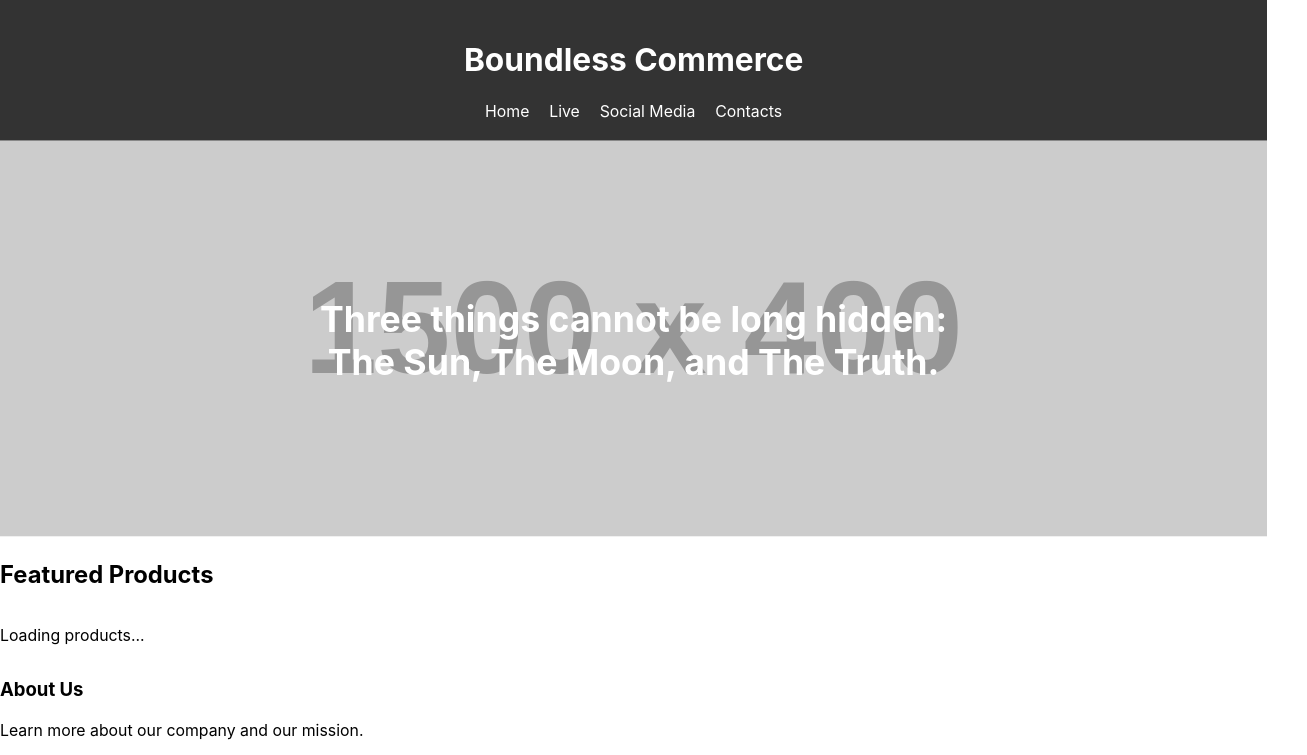
Repository: Nn-Exe/chunar-ecommerce
Page: / (app in ecommerce-frontend/)
The author's editor kept a copy of each file at every save. The page is drawn from the files as they stood at one save, then again after the next save.
The browser window is 1280 px wide. The page is 1280 px wide, then 1320 px, so the pictures cover 1320 px, including what lies to the right of the window. The pictures show the whole page, at 99% of full size.
The page's requests for data from a server got no answer. The project was rebuilt for these pictures with package versions that can differ from the ones it lists, and the page was loaded fresh each time. No one was signed in, and anything a server would have sent is missing.

Above is the page before, as saved 2024-09-11 11:49:55.

After the next save:
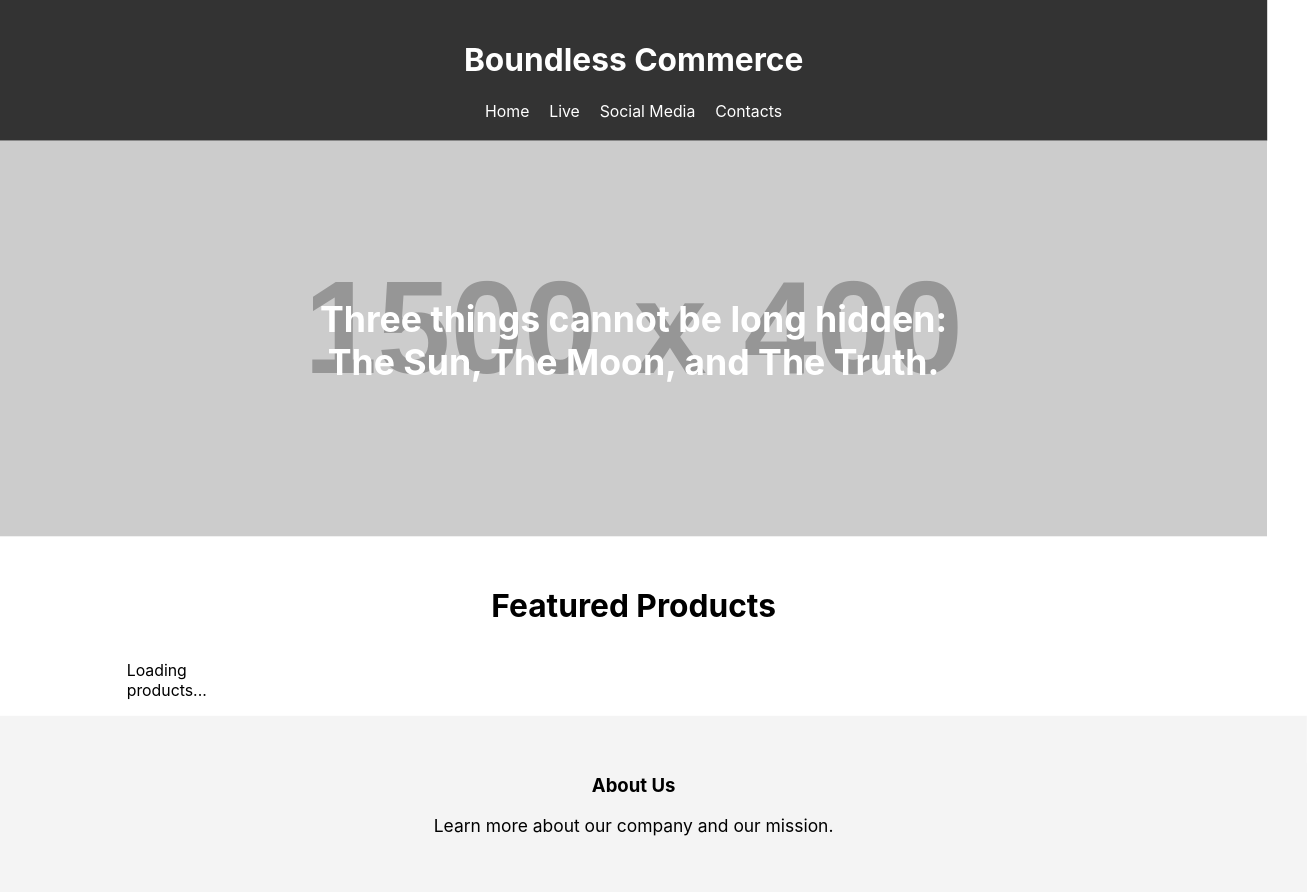
Saved 82 s later.
--- a/ecommerce-frontend/src/App.css
+++ b/ecommerce-frontend/src/App.css
@@ -1,3 +1,5 @@
+/* ------------- Main Structure ------------ */
+
 .App-header {
   background-color: #333;
   color: white;
@@ -76,3 +78,62 @@ nav ul li a {
   object-fit: cover;   /* Ensures the image covers the given area */
   border-radius: 10px; /* Optional: adds rounded corners */
 }
+
+
+
+/* ----------- Home Div -------------- */
+
+/* App.css */
+
+.home-page {
+  display: flex;
+  flex-direction: column;
+  align-items: center;
+}
+
+/* Hero Section */
+.hero-container {
+  width: 100%;
+  margin-bottom: 20px;
+}
+
+/* Products Section */
+.products-section {
+  width: 80%;
+  margin: 0 auto;
+}
+
+.section-header h2 {
+  text-align: center;
+  font-size: 2rem;
+  margin-bottom: 20px;
+}
+
+/* Product Grid */
+.product-grid {
+  display: grid;
+  grid-template-columns: repeat(3, 1fr);
+  gap: 20px;
+}
+
+.product-card {
+  border: 1px solid #ddd;
+  padding: 20px;
+  text-align: center;
+}
+
+/* About Section */
+.about-section {
+  background-color: #f4f4f4;
+  padding: 40px;
+  width: 100%;
+  text-align: center;
+}
+
+.about-section h3 {
+  margin-bottom: 10px;
+}
+
+.about-section p {
+  font-size: 1.1rem;
+}
